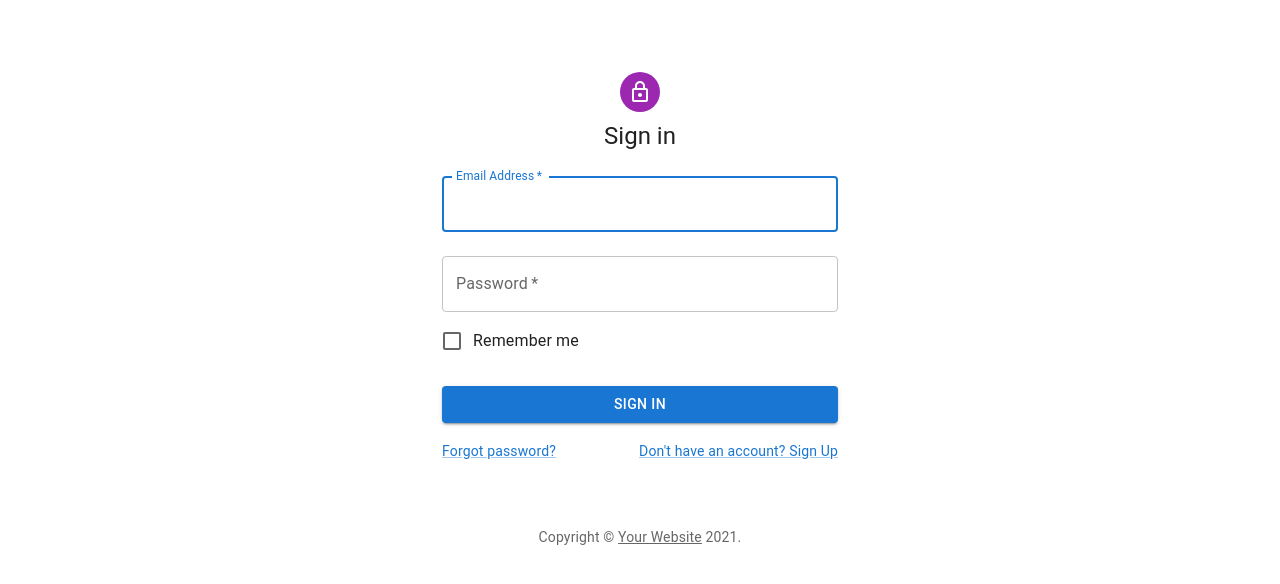
Repository: background-position/midway-react
Page: /about
The author's editor kept a copy of each file at every save. The page is drawn from the files as they stood at one save, then again after the next save.
The browser window is 1280 px wide. The pictures show the whole page.
The project was rebuilt for these pictures with package versions that can differ from the ones it lists, and the page was loaded fresh each time. Also part of the build but not shown: vite.config.ts, src/apis/lambda/index.ts, src/pages/index.tsx.

Above is the page before, as saved 2021-12-30 17:38:34.

After the next save:
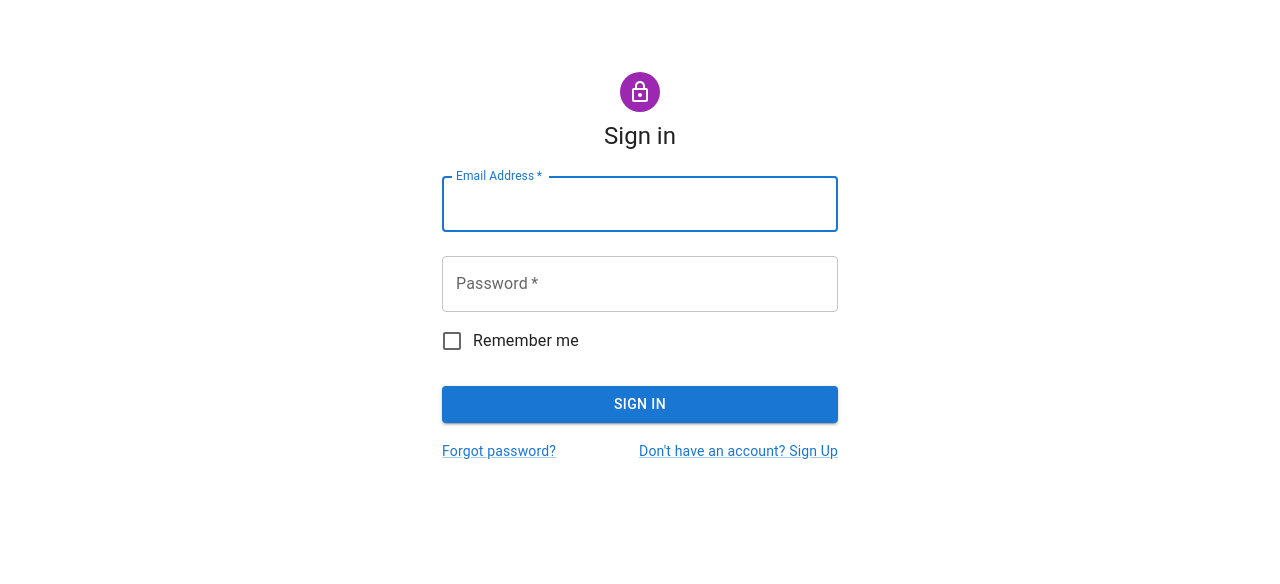
Saved 73 s later.
--- a/src/pages/about.tsx
+++ b/src/pages/about.tsx
@@ -116,7 +116,6 @@ export default function SignIn() {
                         </Grid>
                     </Box>
                 </Box>
-                <Copyright sx={{ mt: 8, mb: 4 }} />
             </Container>
         </ThemeProvider>
     );
